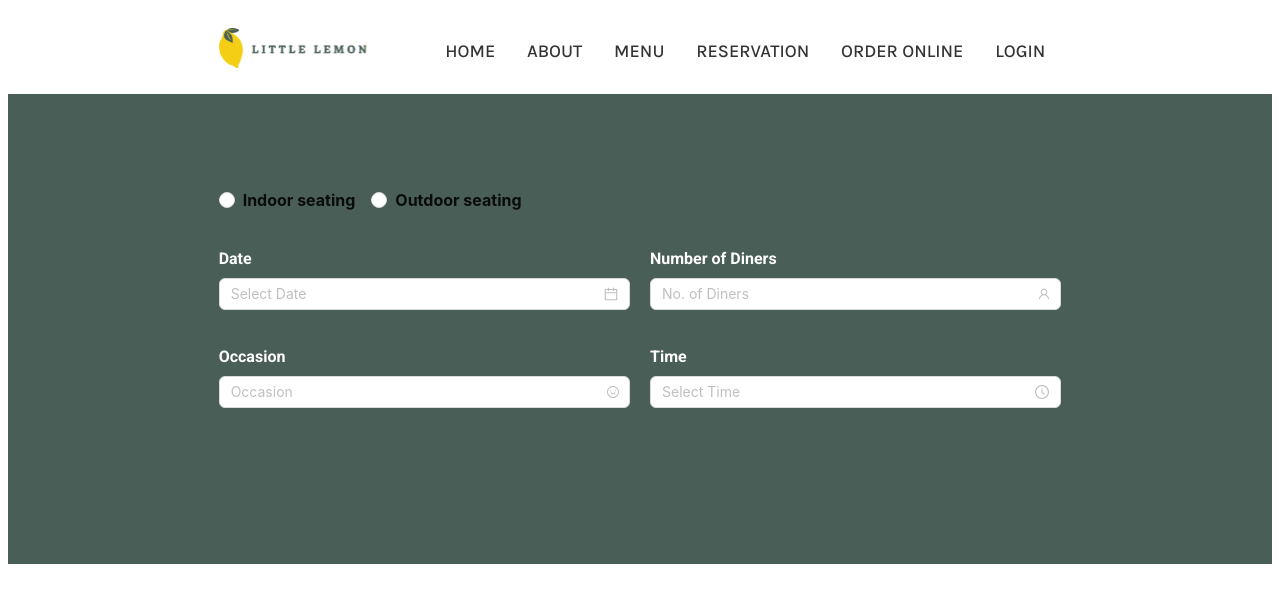
Repository: Yeshwanth-189/little-lemon
Page: /reservation (app in little-lemon/)
The author's editor kept a copy of each file at every save. The page is drawn from the files as they stood at one save, then again after the next save.
The browser window is 1280 px wide. The pictures show the whole page.
The project was rebuilt for these pictures with package versions that can differ from the ones it lists, and the page was loaded fresh each time. Also part of the build but not shown: little-lemon/src/index.css, little-lemon/src/components/Hero/Hero.css, little-lemon/src/components/Hero/Hero.jsx, little-lemon/src/components/Specials/Specials.css, little-lemon/src/components/Specials/Specials.jsx, little-lemon/src/components/Testimonials/Testimonials.css, little-lemon/src/components/Testimonials/Testimonials.jsx, little-lemon/src/components/About/About.css and 3 more.

Above is the page before, as saved 2025-04-26 22:35:11.

After the next save:
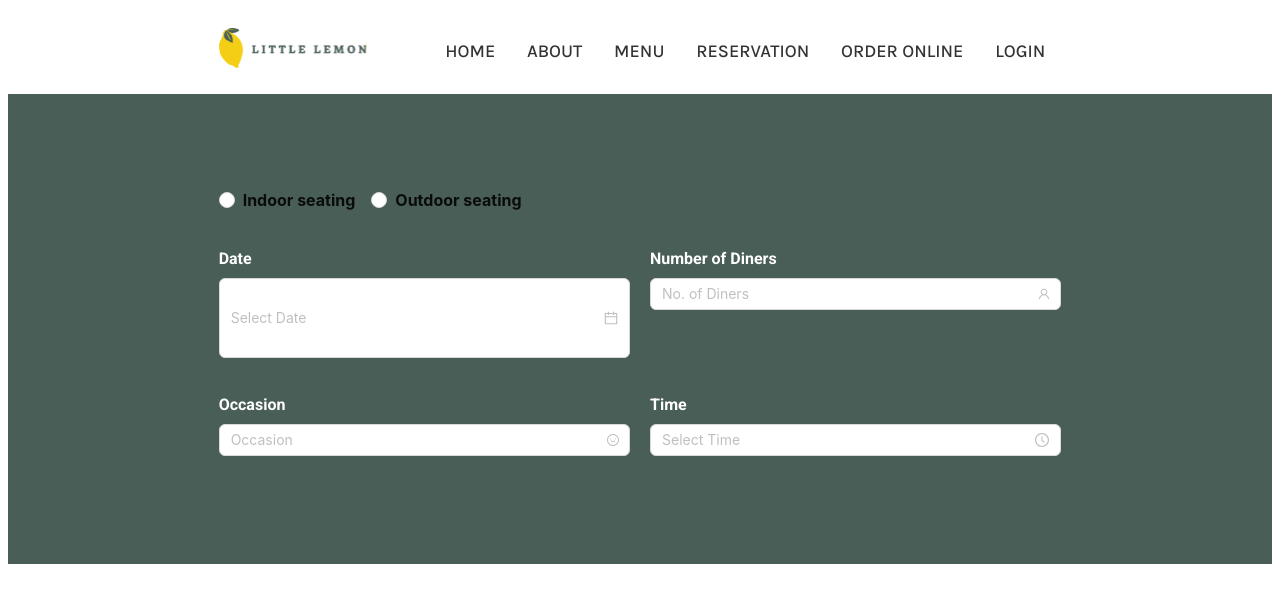
Saved 13 s later.
--- a/little-lemon/src/components/Reservation/Reservation.jsx
+++ b/little-lemon/src/components/Reservation/Reservation.jsx
@@ -34,7 +34,7 @@
             <label>Date</label>
             <DatePicker
               suffixIcon={<CalendarOutlined />}
-              style={{ width: "100%" }}
+              style={{ width: "100%", height: "5rem" }}
               placeholder="Select Date"
             />
           </div>

After the save that followed:
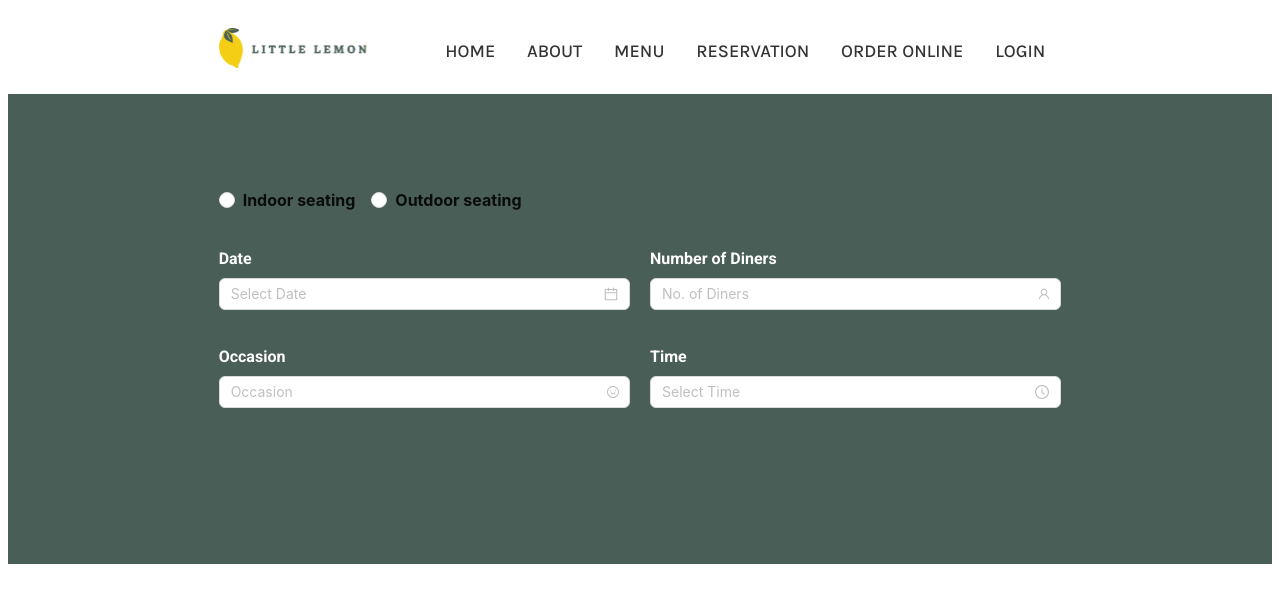
Saved 7 s later.
--- a/little-lemon/src/components/Reservation/Reservation.jsx
+++ b/little-lemon/src/components/Reservation/Reservation.jsx
@@ -34,7 +34,7 @@
             <label>Date</label>
             <DatePicker
               suffixIcon={<CalendarOutlined />}
-              style={{ width: "100%", height: "5rem" }}
+              style={{ width: "100%", height: "2rem" }}
               placeholder="Select Date"
             />
           </div>
